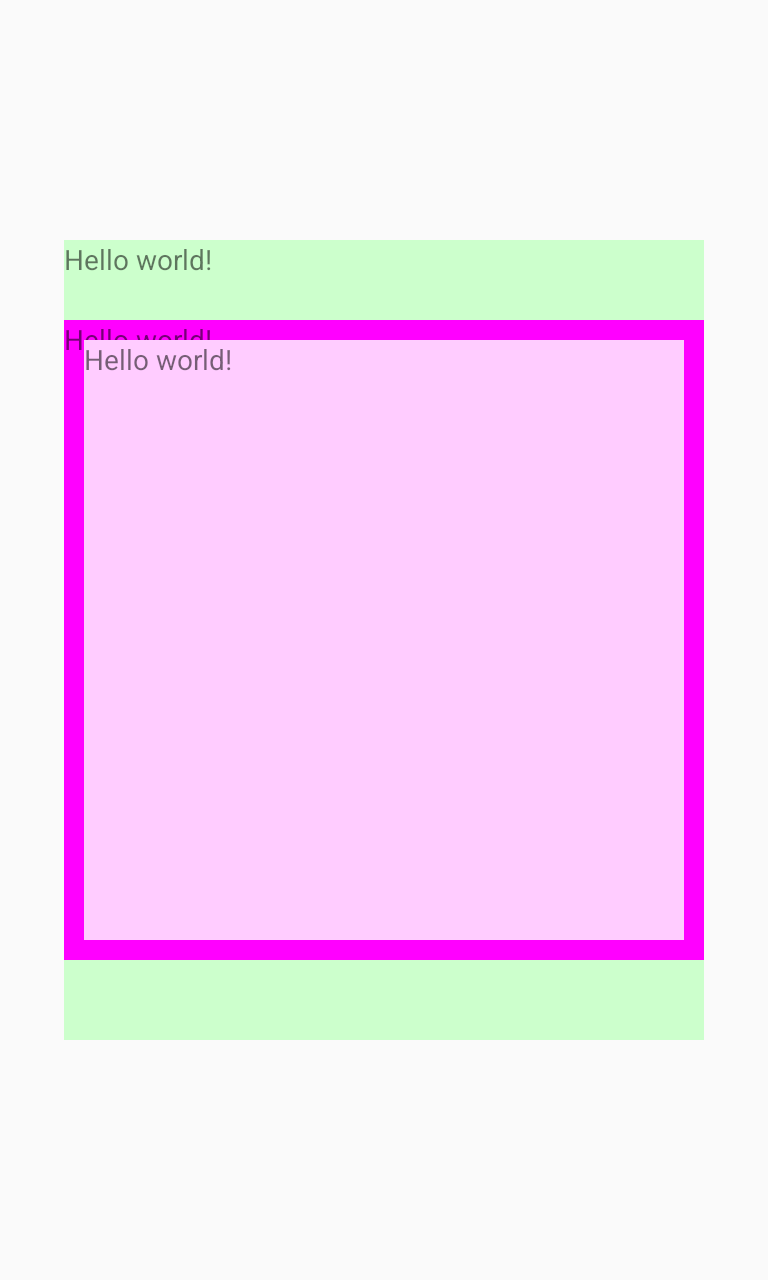
Repository: A207/guanjingjing
Layout: day4/LayoutApp/res/layout/activity_frame_layout.xml
The author's editor kept a copy of each file at every save. The layout is drawn from the files as they stood at one save, then again after the next save.
It is drawn on a 768 x 1280 px phone screen (xhdpi) without system bars, with theme AppTheme; the app's code is not run.

Above is the layout before, as saved 2015-07-09 10:38:13.

### day4/LayoutApp/res/layout/activity_frame_layout.xml
<FrameLayout xmlns:android="http://schemas.android.com/apk/res/android"
    android:layout_width="match_parent"
    android:layout_height="match_parent" >

    <TextView
        android:layout_width="320dp"
        android:layout_height="400dp"
        android:text="@string/hello_world"
        android:background="#ccffcc"
        android:layout_gravity="center" />
    <TextView
        android:layout_width="320dp"
        android:layout_height="320dp"
        android:text="@string/hello_world"
        android:background="#ff00ff"
        android:layout_gravity="center" />
    <TextView
        android:layout_width="300dp"
        android:layout_height="300dp"
        android:text="@string/hello_world"
        android:background="#ffccff"
        android:layout_gravity="center" />

</FrameLayout>

### day4/LayoutApp/res/values/strings.xml
<?xml version="1.0" encoding="utf-8"?>
<resources>

    <string name="app_name">LayoutApp</string>
    <string name="hello_world">Hello world!</string>
    <string name="action_settings">Settings</string>

</resources>

Loaded but not shown: day4/LayoutApp/res/values/styles.xml (common file); day4/LayoutApp/res/values-v11/styles.xml (common file); day4/LayoutApp/res/values-v14/styles.xml (common file)

After the next save:
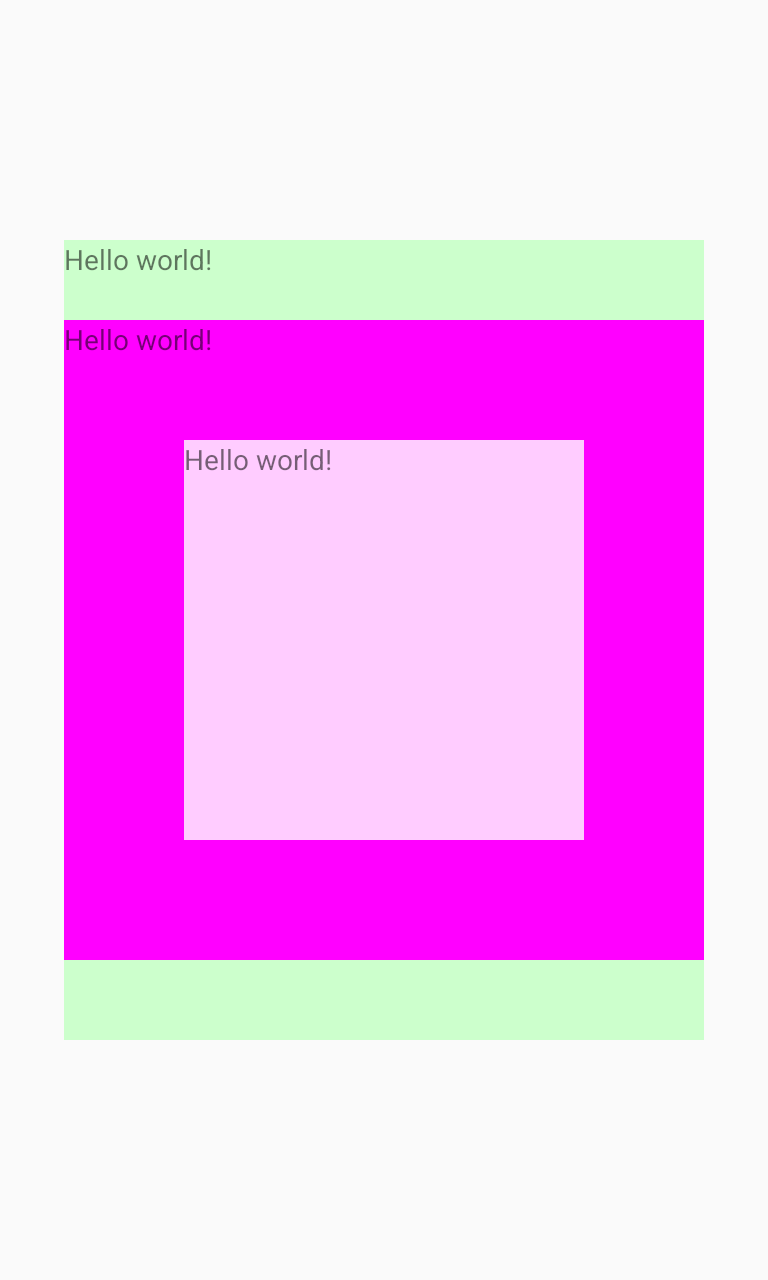
Saved 23 s later.
--- a/day4/LayoutApp/res/layout/activity_frame_layout.xml
+++ b/day4/LayoutApp/res/layout/activity_frame_layout.xml
@@ -15,8 +15,8 @@
         android:background="#ff00ff"
         android:layout_gravity="center" />
     <TextView
-        android:layout_width="300dp"
-        android:layout_height="300dp"
+        android:layout_width="200dp"
+        android:layout_height="200dp"
         android:text="@string/hello_world"
         android:background="#ffccff"
         android:layout_gravity="center" />
